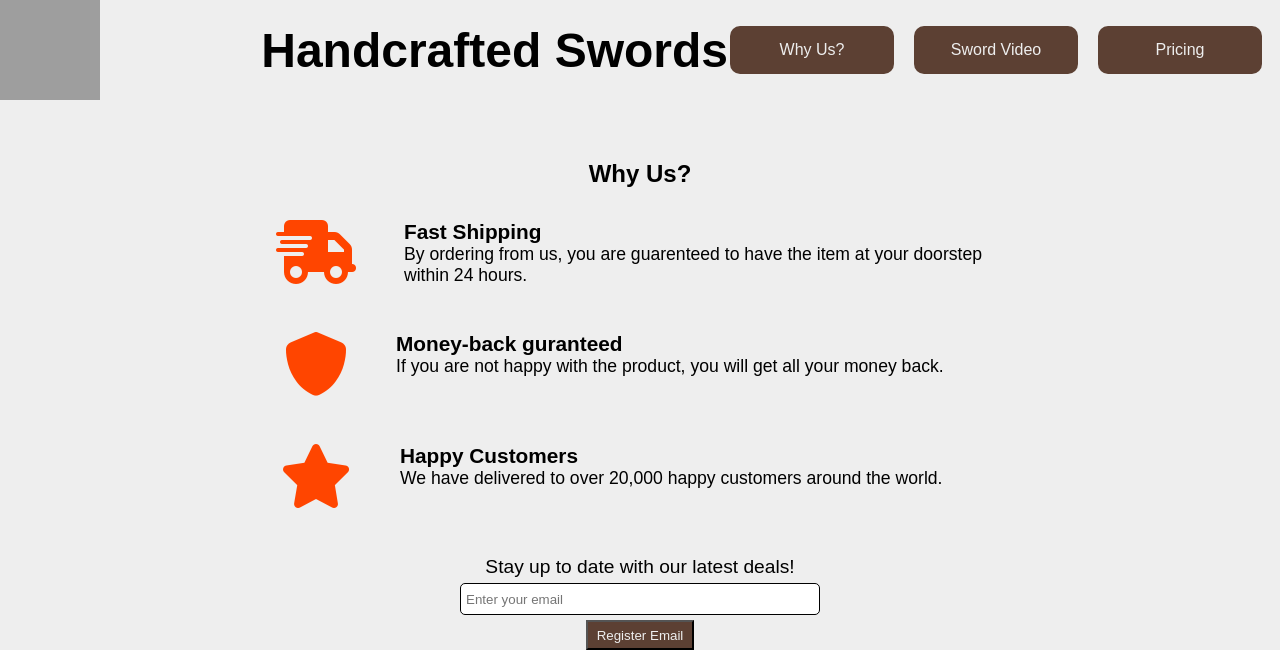
Repository: Pafestivo/Product-Landing-Page
Page: index.html
The author's editor kept a copy of each file at every save. The page is drawn from the files as they stood at one save, then again after the next save.
The browser window is 1280 px wide. The pictures show the part of the page from y = 0 to 650 px (the page is 969 px tall before and 972 px after).
Pictures or frames that could not be fetched are drawn as grey boxes. Some web libraries are served in a nearby version.

Above is the page before, as saved 2022-09-15 19:27:16.

### index.html
<!DOCTYPE html>
<html lang="en">
<head>
  <meta charset="UTF-8">
  <meta name="viewport" content="width=device-width, initial-scale=1.0">
  <link rel="stylesheet" href="styles.css">
  <script src="https://kit.fontawesome.com/e2364af56b.js" crossorigin="anonymous"></script>
  <title>Product Landing Page</title>
</head>

<body>
  <header id="header">
    <img
    id="header-img"
    src="https://static.vecteezy.com/system/resources/previews/002/323/268/non_2x/fist-icon-symbol-vector.jpg"
    width="100"
    height="100"
    />

    <h1 id="page-title">Handcrafted Swords</h1>

    <nav id="nav-bar">
      <a class="nav-link hover-effect" href="#why-us">Why Us?</a>
      <a class="nav-link hover-effect" href="#sword-video">Sword Video</a>
      <a class="nav-link hover-effect" href="#pricing">Pricing</a>
    </nav>
  </header>

  <main>
    <h2 id="why-us">Why Us?</h2>
    <div class="reason">
    <i class="fa-solid fa-truck-fast fa-4x"></i>
      <div class="reason-text">
        <h3>Fast Shipping</h3>
        <p>By ordering from us, you are guarenteed to have the item at your doorstep within 24 hours.</p>
      </div> <!-- /Reason-text-->
    </div> <!-- /Reason -->

    <div class="reason">
      <i class="fa-solid fa-shield fa-4x"></i>
      <div class="reason-text">
        <h3>Money-back guranteed</h3>
        <p>If you are not happy with the product, you will get all your money back.</p>
      </div> <!-- /Reason-text-->
    </div> <!-- /Reason -->

    <div class="reason">
      <i class="fa-solid fa-star fa-4x"></i>
      <div class="reason-text">
        <h3>Happy Customers</h3>
        <p>We have delivered to over 20,000 happy customers around the world.</p>
      </div> <!-- /Reason-text-->
      </div> <!-- /Reason -->


    <form id="form">
      <label for="email">Stay up to date with our latest deals!</label>
      <div class="input-field">
        <input
        id="email"
        type="email"
        placeholder="Enter your email"
        />
        <input
        class="hover-effect-sm"
        id="submit"
        type="submit"
        value="Register Email"
        action="https://www.freecodecamp.com/email-submit"
        />
      </div>

    </form>


    <iframe
    width="560"
    height="315"
    src="https://www.youtube.com/embed/0qC64jGCxBo?autoplay=1&mute=1"
    title="YouTube video player"
    frameborder="0"
    allow="accelerometer; autoplay; clipboard-write; encrypted-media; gyroscope; picture-in-picture"
    allowfullscreen>
    </iframe>

  </main>
</body>
</html>

### styles.css
* {
  margin: 0;
  padding: 0;
}

html {
  box-sizing: border-box;
}

body {
  font-family: sans-serif;
  background-color: #eee;
}

/* header */
#nav-bar a {
  text-decoration: none;
  color: #eee;
  background-color: #5C4033;
  margin: 4px 2px;
  padding: 15px 32px;
  width: 100px;
  text-align: center;
  border-radius: 10px;
  transition: 0.5s;
}

.hover-effect:hover {
  transform: scale(1.1);
}

.hover-effect-sm:hover {
  border: solid 3px #000;
}

header {
  display: grid;
  grid-template-columns: 1fr auto 1fr;
  align-items: center;
  position: fixed;
  width: 100%;
  background-color: #eee;
}

header h1 {
    font-size: 3em;
}

#nav-bar {
  display: flex;
  gap: 1rem;
  padding-right: 1rem;
  justify-self: end;
}
/* End of header */

/* Main  */
main {
  text-align: center;
}

/* Why us */
#why-us {
  padding: 10rem 0 2rem 0;
}

.reason {
  display: flex;
  justify-content: center;
}

.reason h3 {
  text-align: left;
  font-size: 1.3rem;
}

.reason p {
  width: 600px;
  font-size: 1.1rem;
  text-align: left;
}

.fa-solid {
  color: orangered;
  padding: 0 3rem 3rem 0;
}
/* End of why us */

/* Email form */
form {
  display: grid;
  max-width: 600px;
  margin: 0 auto;
  row-gap: 5px;
}

.input-field {
  display: flex;
  margin: 0 auto;
  flex-wrap: wrap;
  row-gap: 5px;
  width: 60%;
  justify-content: center;
}

label {
  font-size: 1.2rem;
}

#email {
  height: 30px;
  width: 100%;
  border-radius: 5px;
  border: solid 1px #000;
}

#email::placeholder {
  padding-left: 5px
}

#submit {
  width: 30%;
  height: 30px;
  justify-self: start;
  background-color: #5C4033;
  color: #eee;
  cursor: pointer;
  transition: 0.1s;
}
/* End of email form */

/* End of main */

After the next save:
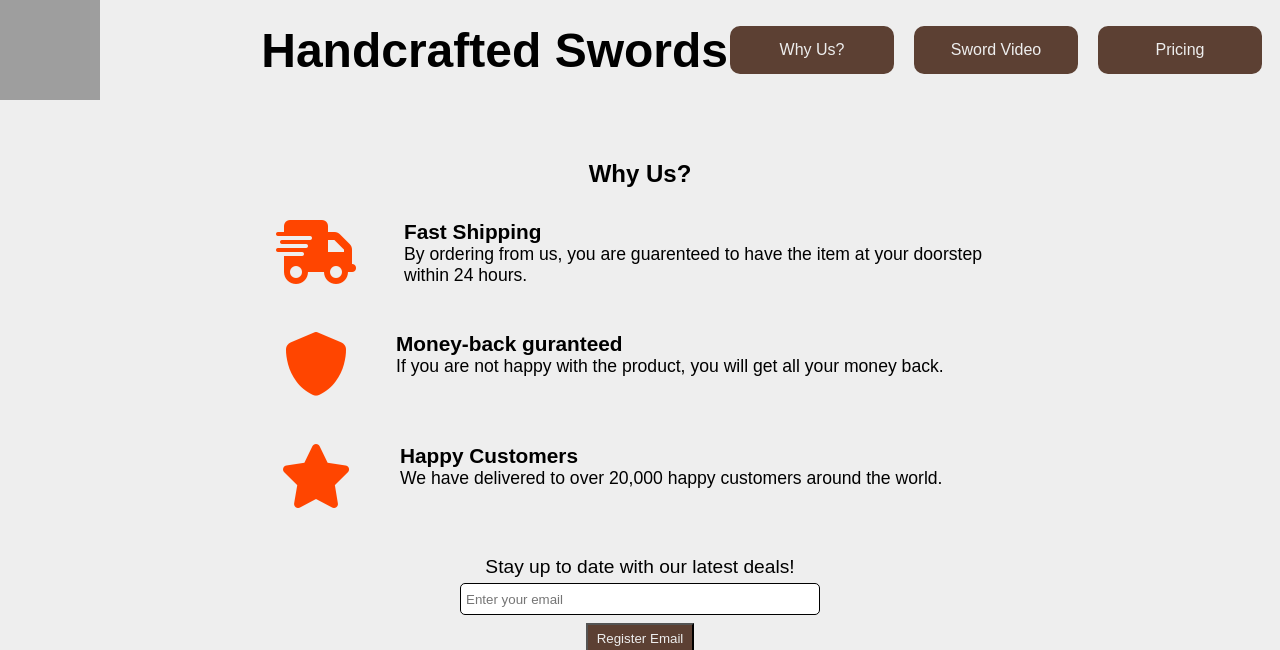
Saved 6 s later.
--- a/styles.css
+++ b/styles.css
@@ -98,7 +98,7 @@
   display: flex;
   margin: 0 auto;
   flex-wrap: wrap;
-  row-gap: 5px;
+  row-gap: 8px;
   width: 60%;
   justify-content: center;
 }
